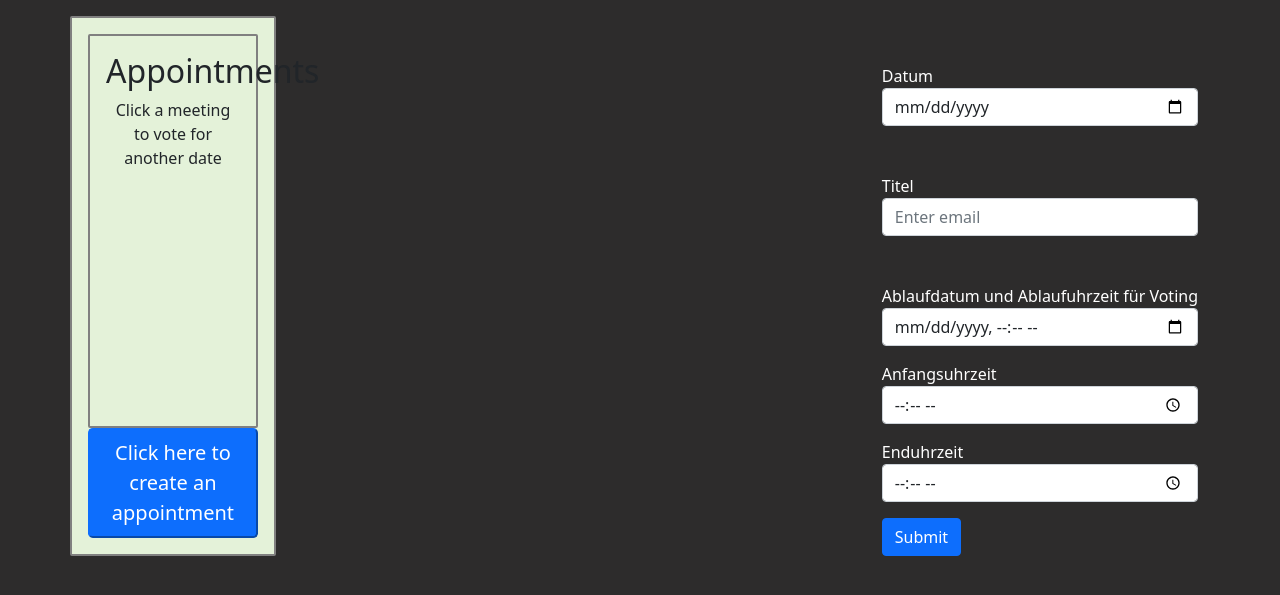
Repository: wlichon/Semesterprojekt
Page: index.html
The author's editor kept a copy of each file at every save. The page is drawn from the files as they stood at one save, then again after the next save.
The browser window is 1280 px wide. The pictures show the whole page.
The page's requests for data from a server got no answer. Some web libraries are served in a nearby version.

Above is the page before, as saved 2022-04-22 20:52:00.

### index.html
<!DOCTYPE html>
<html lang="en">
<head>
    <link href="https://cdn.jsdelivr.net/npm/bootstrap@5.1.3/dist/css/bootstrap.min.css" rel="stylesheet" integrity="sha384-1BmE4kWBq78iYhFldvKuhfTAU6auU8tT94WrHftjDbrCEXSU1oBoqyl2QvZ6jIW3" crossorigin="anonymous">
    <link rel="stylesheet" href="https://cdn.jsdelivr.net/npm/bootstrap-icons@1.8.1/font/bootstrap-icons.css">
    <script
    src="https://code.jquery.com/jquery-3.6.0.min.js"
    integrity="sha256-/xUj+3OJU5yExlq6GSYGSHk7tPXikynS7ogEvDej/m4="
    crossorigin="anonymous"></script>
    <script src="https://cdnjs.cloudflare.com/ajax/libs/jqueryui/1.12.1/jquery-ui.min.js" integrity="sha512-uto9mlQzrs59VwILcLiRYeLKPPbS/bT71da/OEBYEwcdNUk8jYIy+D176RYoop1Da+f9mvkYrmj5MCLZWEtQuA==" crossorigin="anonymous" referrerpolicy="no-referrer"></script>
    <meta charset="UTF-8">
    <meta http-equiv="X-UA-Compatible" content="IE=edge">
    <meta name="viewport" content="width=device-width, initial-scale=1.0">
    <link rel="stylesheet" href="frontend/css/mystyle.css">
    <script src="frontend/script/script.js" defer></script>
    <title>Appointment Finder</title>
</head>
<body class="d-flex justify-content-center">
    <div class="container m-3 d-flex justify-content-center">
        <div class="events row flex-grow-1" id="events">
            <div class="col-md-3 d-flex justify-content-between" style="flex-direction: column">

                <div class="col">
                    <h2 class="align-self-center">Appointments</h2>
                    <p class="">Click a meeting to vote for another date</p>
                </div>
                <button class = "btn-primary btn-lg" id = "createappointment"> Click here to create an appointment</button>


                </div>
             </div>

            <div class="appointments row flex-grow-1" id="appointments">
                <div class="col-md d-flex justify-content-between" style="flex-direction: column">
                    <div class="row h-80">
                        <div class="col">
                           <h2 class="align-self-center">Options</h2>
                        </div>
                    </div>
                    <div class="row inputs h-20 align-self-bottom">
                        <div class="col-md">
                            <i class="bi bi-person-circle m-1"></i><input type="text" placeholder="Name">
                        </div>
                    </div>

                </div>




                <!--
                    <div id = "appointment"
                <div class="col-md">
                    <div class="row h-80">
                        <div class="col wrapper">
                            <h4>Dez</h4>
                            <h3>23</h3>
                            <p>Mi</p>
                            <p>11:40</p>
                            <p>13:00</p>
                        </div>
                    </div>
                    <div class="row inputs h-20">
                        <div class="col-md"><input class="form-check-input" type="checkbox" value=""></div>
                    </div>


                </div>
                <div class="btn btn-primary col-auto p-1" id="lslide">
                    <i class="bi bi-chevron-left"></i>
                </div>

                <div class="row mt-5 comment">
                    <div class="input-group input-group-lg">
                        <span class="input-group-text" id="inputGroup-sizing-lg">Comment</span>
                        <input type="text" class="form-control" aria-label="Sizing example input" aria-describedby="inputGroup-sizing-lg">
                        <button class="btn btn-outline-secondary bg-primary text-white" type="button" id="submit">Submit</button>
                    </div>
                </div>
            -->
        </div>
        <form id = "createappointmentform">
            <!-- Appointment ($date,$title,$votingExpirationDate,$begin,$end,$optionIDs)3222 -->
            <div class="form-group">
              <label for="exampleInputEmail1" class ="text-white mt-5">Datum</label>
              <input type="date" class="form-control" id="exampleInputEmail1" aria-describedby="emailHelp" placeholder="Enter email">
            </div>
            <div class="form-group">
                <label for="exampleInputEmail1" class ="text-white mt-5">Titel</label>
                <input type="text" class="form-control" id="exampleInputEmail1" aria-describedby="emailHelp" placeholder="Enter email">
            </div>
              <div class="form-group">
                <label for="exampleInputEmail1" class ="text-white mt-5">Ablaufdatum und Ablaufuhrzeit für Voting</label>
                <input type="datetime-local" class="form-control" id="exampleInputEmail1" aria-describedby="emailHelp">
            </div>
              <div class="form-group">
                <label for="exampleInputEmail1" class ="text-white mt-3">Anfangsuhrzeit</label>
                <input type="time" class="form-control" id="exampleInputEmail1" aria-describedby="emailHelp">
            </div>
              <div class="form-group">
                <label for="exampleInputEmail1" class ="text-white mt-3">Enduhrzeit</label>
                <input type="time" class="form-control" id="exampleInputEmail1" aria-describedby="emailHelp">
            </div>
            <button type="submit" class="btn btn-primary mt-3">Submit</button>
          </form>

            </div>


    <script src="https://cdn.jsdelivr.net/npm/bootstrap@5.1.3/dist/js/bootstrap.bundle.min.js" integrity="sha384-ka7Sk0Gln4gmtz2MlQnikT1wXgYsOg+OMhuP+IlRH9sENBO0LRn5q+8nbTov4+1p" crossorigin="anonymous"></script>
</body>
</html>

### frontend/css/mystyle.css
[class*="col"]{
    text-align:center;
    border: 2px solid grey;
    padding: 1rem;
    border-radius: 2px;
    background-color:rgb(228, 242, 217);
}

.bi-person-circle{
    font-size: 1.5rem;
}

.inputs > div{
    background-color: rgb(89, 209, 61);
}

body{
    background-color:rgb(45, 44, 44);
}

.wrapper{
    border-radius: 5px;
    border: none;
    background-color: lightcyan;
}

.container{
    border-radius: 5px;
}

#lslide{
    background-color:blue;
    border-radius:10px;
}

.event{
    cursor: pointer;
}

.event:hover{
    background-color:blue;
}

.noevent:hover{
    pointer-events: none;
}

### frontend/script/script.js
"use strict";
var months = ["Jan", "Feb", "Mar", "Apr", "May", "Jun", "Jul", "Aug", "Sep", "Oct", "Nov", "Dec"];
var days = ["Mon", "Tue", "Wed", "Thu", "Fri", "Sat", "Sun"];
var slidebutton = "<div class='btn btn-primary col-auto p-1' id='lslide'><i class='bi bi-chevron-left'></i></div>";
var commentbar = "<div class='row mt-5 comment'><div class='input-group input-group-lg'><span class='input-group-text' id='inputGroup-sizing-lg'>Comment</span><input type='text' class='form-control' aria-label='Sizing example input' aria-describedby='inputGroup-sizing-lg'><button class='btn btn-outline-secondary bg-primary text-white' type='button' id='submit'>Submit</button></div></div>";
$(function () {
    $("#appointments").hide();
    $("#events").hide();
    $.ajax({
        type: "GET",
        url: "backend/serviceHandler.php",
        cache: false,
        data: { function: "loadAppointments" },
        dataType: "json",
        success: function (response) {
            // bei sucess liefert loadAppointments ein Array mit den ganzen Appointments in dem Format:
            //  Appointment("25-06-2027", "Meeting4", "22-05-2025 19:30:00", "18:00", "18:30", [2, 3]) also:
            // Appointment("Tag-Monat-Jahr", "MeetingNummer", "ExpirationDate", "UhrzeitBeginn", "Uhrzeitende", "OptionsID");
            // Appointment ($date,$title,$votingExpirationDate,$begin,$end,$optionIDs)3222
            console.log("success");
            $.each(response, function (i, val) {
                var counter = 1;
                var date = new Date(val["date"]["date"]);
                var month = months[date.getMonth()];
                var day = days[date.getDay()];
                var dayOfMonth = date.getDate();
                var year = date.getFullYear();
                var expiration = val["votingExpirationDate"]["date"].substr(0, 19);
                var begin = val["begin"]["date"].substr(11).substr(0, 8);
                var end = val["end"]["date"].substr(11).substr(0, 8);
                var id = val["optionIDs"];
                $("#events").append("<div class='col-md-2 event' id =" + counter + " + data=" + id + ">" +
                    "<div class='col wrapper'>" +
                    "<h2>" + val["title"] + "</h2>" +
                    "<h4>" + month + "</h4>" +
                    "<h3>" + dayOfMonth + "</h3>" +
                    "<p>" + day + "</p>" +
                    "<p>Begins: " + begin + "</p>" +
                    "<p>Ends: " + end + "</p>" +
                    "<h6><p>Voting ends:</p>" +
                    "<p>" + expiration + "</p></h6>" +
                    "</div> </div>");
                var isexpired = new Date(expiration);
                var today = new Date();
                if (isexpired <= today) {
                    $("#" + counter).append("<h5 class = 'mt-3' > abgelaufen! </h5>");
                    $("#" + counter).attr("class", "col-md-2 noevent");
                }
                counter++;
            });
        },
        complete: function () {
            $(".event").on('click', function (e) {
                var self = e.currentTarget; // Element was das Klick getriggert hat
                $("#events").hide("slide", { direction: "left" }, 1000, function () {
                    console.log(self);
                    var optionIDs_string = self.getAttribute("data");
                    var optionIDs = Array.from(optionIDs_string.split(","));
                    console.log(optionIDs);
                    $.ajax({
                        type: "GET",
                        url: "backend/serviceHandler.php",
                        cache: false,
                        data: { function: "loadOptions", param: optionIDs },
                        dataType: "json",
                        success: function (response) {
                            console.log("success");
                            console.log(response);
                            $.each(response, function (i, val) {
                                var date = new Date(val["date"]["date"]);
                                console.log("loop");
                                var month = months[date.getMonth()];
                                var day = days[date.getDay()];
                                var dayOfMonth = date.getDate();
                                var year = date.getFullYear();
                                var begin = val["begin"]["date"].substr(11).substr(0, 8);
                                var end = val["end"]["date"].substr(11).substr(0, 8);
                                $("#appointments").append("<div class='col-md'>" +
                                    "<div class='col-md event'>" +
                                    "<div class='col wrapper'>" +
                                    "<h4>" + month + "</h4>" +
                                    "<h3>" + dayOfMonth + "</h3>" +
                                    "<p>" + day + "</p>" +
                                    "<p>Begins: " + begin + "</p>" +
                                    "<p>Ends: " + end + "</p>" +
                                    "</div></div>" +
                                    "<div class='row inputs h-20'>" +
                                    "<div class='col-md'><input class='form-check-input' type='checkbox' value=''></div></div></div>");
                            });
                            $("#appointments").append(slidebutton + commentbar);
                            $("#lslide").on('click', slidebar);
                        },
                        error: function (response) {
                            console.log("failure");
                        }
                    }),
                        setTimeout(function () { return $("#appointments").show("slide", 1000); }, 100);
                });
            });
            $("#events").show("slide", 1000);
        },
        error: function (e) {
            console.log("failure");
        }
    });
    console.log("hi");
    $("#submit").on('click', function () {
        console.log($("#test").prop("checked"));
    });
});
var optionNameInput = '<div class="col-md d-flex justify-content-between" style="flex-direction: column">' +
    '<div class="row h-80">' +
    '<div class="col">' +
    '<h2 class="align-self-center">Options</h2>' +
    '</div>' +
    '</div>' +
    '<div class="row inputs h-20 align-self-bottom">' +
    '<div class="col-md">' +
    '<i class="bi bi-person-circle m-1"></i><input type="text" placeholder="Name">' +
    '</div>' +
    '</div>' +
    '</div>';
function slidebar() {
    $("#appointments").hide("slide", { direction: "left" }, 1000, function () {
        $("#appointments").empty().append(optionNameInput);
        $("#events").show("slide", 1000);
    });
}

After the next save:
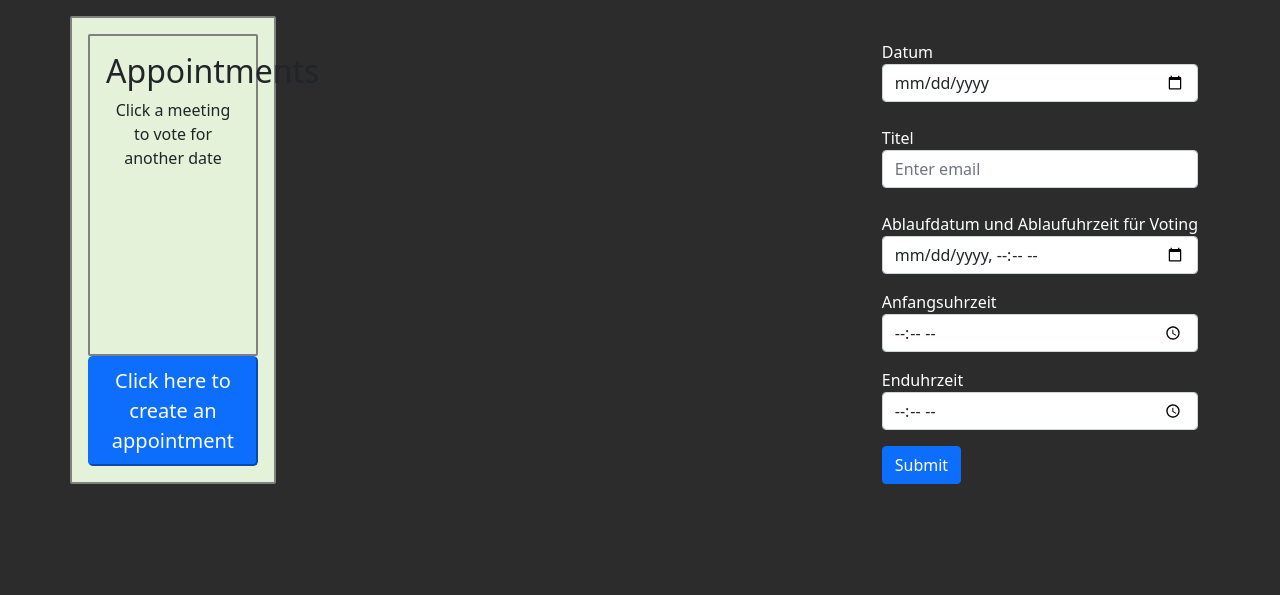
Saved 23 s later.
--- a/index.html
+++ b/index.html
@@ -82,15 +82,15 @@
         <form id = "createappointmentform">
             <!-- Appointment ($date,$title,$votingExpirationDate,$begin,$end,$optionIDs)3222 -->
             <div class="form-group">
-              <label for="exampleInputEmail1" class ="text-white mt-5">Datum</label>
+              <label for="exampleInputEmail1" class ="text-white mt-4">Datum</label>
               <input type="date" class="form-control" id="exampleInputEmail1" aria-describedby="emailHelp" placeholder="Enter email">
             </div>
             <div class="form-group">
-                <label for="exampleInputEmail1" class ="text-white mt-5">Titel</label>
+                <label for="exampleInputEmail1" class ="text-white mt-4">Titel</label>
                 <input type="text" class="form-control" id="exampleInputEmail1" aria-describedby="emailHelp" placeholder="Enter email">
             </div>
               <div class="form-group">
-                <label for="exampleInputEmail1" class ="text-white mt-5">Ablaufdatum und Ablaufuhrzeit für Voting</label>
+                <label for="exampleInputEmail1" class ="text-white mt-4">Ablaufdatum und Ablaufuhrzeit für Voting</label>
                 <input type="datetime-local" class="form-control" id="exampleInputEmail1" aria-describedby="emailHelp">
             </div>
               <div class="form-group">
